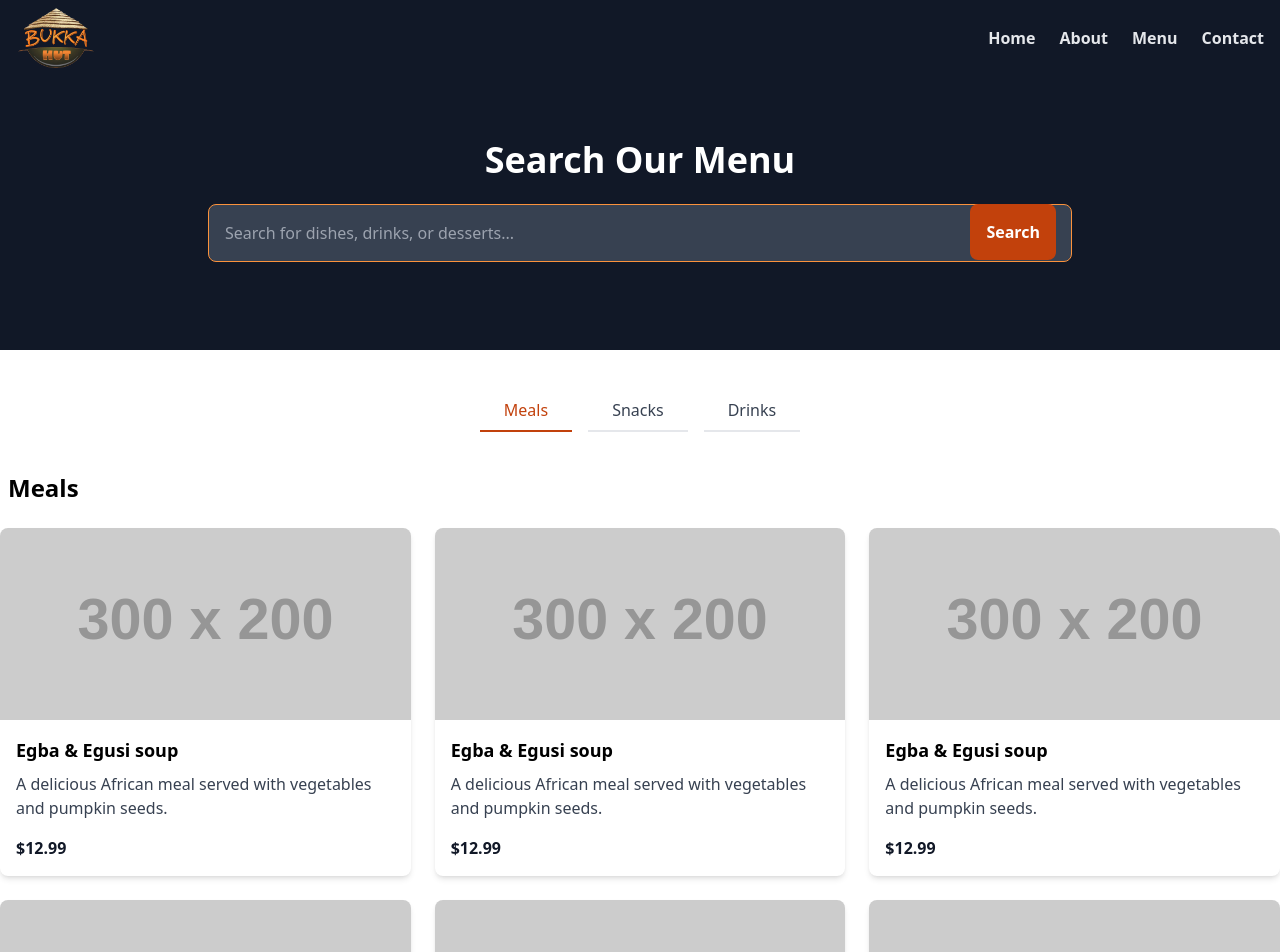
Repository: countaustin1990/BUKKAHUT
Page: Menu.test.html
An editor plug-in stored every save of this project. The page is shown before and after the next save, followed by the edit.
The browser window is 1280 px wide. The pictures show the part of the page from y = 0 to 952 px (the page is 2010 px tall).
A picture or video elsewhere on the page could not be fetched, so the positions and the page height are approximate. Some web libraries are served in a nearby version.

Above is the page before, as saved 2024-08-25 22:46:51.

### Menu.test.html
<!DOCTYPE html>
<html lang="en">

<head>
    <meta name="viewport" content="width=device-width, initial-scale=1.0">
    <meta property="Logo" content="./Logo.png" />

    <title>Bukka Hut</title>
    <link rel="stylesheet" href="style.css" />
    <script src="https://cdn.tailwindcss.com"></script>
    <link rel="stylesheet"
        href="https://cdnjs.cloudflare.com/ajax/libs/font-awesome/6.0.0-beta3/css/all.min.css">
    <style>
        @keyframes scroll {
            0% {
                transform: translateX(0);
            }

            100% {
                transform: translateX(-100%);
            }
        }

        .animate-scroll {
            display: inline-flex;
            animation: scroll 10s linear infinite;
        }
    </style>
</head>

<body class="font-sans antialiased">
    <!-- Back to Top Button -->
    <button id="backToTop"
        class="fixed bottom-8 right-8 text-bold bg-orange-700 text-gray-800 p-4 rounded-full shadow-lg hover:bg-orange-600 transition-transform transform hover:scale-110">
        <svg xmlns="http://www.w3.org/2000/svg" class="h-6 w-6 text-gray-200 mx-auto" fill="none" viewBox="0 0 24 24"
            stroke="currentColor" stroke-width="2">
            <path stroke-linecap="round" stroke-linejoin="round" d="M5 10l7-7m0 0l7 7m-7-7v18" />
        </svg>
    </button>

    <!-- Navigation -->
    <nav class="shadow-md bg-gray-900 text-gray-200">
        <div class="container mx-auto px-4 py-2 flex items-center justify-between">
            <a href="#" class="text-2xl font-bold text-blue-600 flex items-center">
                <img src="Logo-r.png" alt="Bukka Hut" width="80">
            </a>
            <div class="hidden md:flex space-x-6">
                <a href="index.html" class="text-gray-200 hover:text-orange-700 font-bold">Home</a>
                <a href="About.html" class="text-gray-200 hover:text-orange-700 font-bold">About</a>
                <a href="Menu.html" class="text-gray-200 hover:text-orange-700 font-bold">Menu</a>
                <a href="./Contact.main.html" class="text-gray-200 hover:text-orange-700 font-bold">Contact</a>
            </div>
            <button id="menu-button" class="md:hidden text-white focus:outline-none">
                <svg xmlns="http://www.w3.org/2000/svg" fill="none" viewBox="0 0 24 24" stroke="currentColor"
                    class="w-6 h-6">
                    <path stroke-linecap="round" stroke-linejoin="round" stroke-width="2"
                        d="M4 6h16M4 12h16M4 18h16" />
                </svg>
            </button>
        </div>

        <!-- Mobile Menu -->
        <div id="mobile-menu" class="hidden md:hidden bg-gray-900 shadow-md">
            <a href="index.html" class="block px-4 py-2 text-white hover:bg-orange-600">Home</a>
            <a href="About.html" class="block px-4 py-2 text-white hover:bg-orange-600">About</a>
            <a href="Menu.html" class="block px-4 py-2 text-white hover:bg-orange-600">Menu</a>
            <a href="Contact.main.html" class="block px-4 py-2 text-white hover:bg-orange-600">Contact</a>
        </div>
    </nav>

    <!-- Search Bar Section -->
    <section class="py-16 bg-gray-900 text-white">
        <div class="max-w-4xl mx-auto px-4 text-center">
            <h2 class="text-4xl font-bold mb-6">Search Our Menu</h2>
            <div class="relative">
                <input id="searchInput" type="text" placeholder="Search for dishes, drinks, or desserts..."
                    class="w-full p-4 rounded-lg bg-gray-700 border border-orange-400 focus:outline-none focus:ring-2 focus:ring-yellow-500">
                <button id="searchButton"
                    class="absolute right-0 top-0 mr-4 bg-orange-700 hover:bg-orange-600 text-white p-4 rounded-lg font-semibold">
                    Search
                </button>
            </div>
            <ul id="resultsList" class="mt-6 text-left"></ul>
        </div>
    </section>

    <!-- Tabs for Menu Categories -->
    <div class="container mx-auto py-10" id="menuItems">
        <div class="flex justify-center mb-8">
            <button class="tab-btn text-orange-700 border-b-2 px-6 py-2 mx-2 focus:outline-none focus:border-b-4 border-orange-700"
                onclick="showTab('meals')">Meals</button>
            <button class="tab-btn text-gray-700 border-b-2 px-6 py-2 mx-2 focus:outline-none"
                onclick="showTab('snacks')">Snacks</button>
            <button class="tab-btn text-gray-700 border-b-2 px-6 py-2 mx-2 focus:outline-none"
                onclick="showTab('drinks')">Drinks</button>
        </div>

        <!-- Meals Tab -->
        <div id="meals" class="tab-content">
            <h2 class="text-2xl font-bold mb-4 p-2">Meals</h2>
            <div class="grid grid-cols-1 sm:grid-cols-2 lg:grid-cols-3 gap-6">
                <!-- Meal Cards -->
                <div class="bg-white shadow-md rounded-lg overflow-hidden">
                    <img src="https://via.placeholder.com/300x200" alt="Meal" class="w-full h-48 object-cover">
                    <div class="p-4">
                        <h3 class="text-lg font-bold mb-2">Egba & Egusi soup</h3>
                        <p class="text-gray-700">A delicious African meal served with vegetables and pumpkin seeds.</p>
                        <p class="text-gray-900 font-bold mt-4">$12.99</p>
                    </div>
                </div>
                <!-- Meal Cards -->
                <div class="bg-white shadow-md rounded-lg overflow-hidden">
                    <img src="https://via.placeholder.com/300x200" alt="Meal" class="w-full h-48 object-cover">
                    <div class="p-4">
                        <h3 class="text-lg font-bold mb-2">Egba & Egusi soup</h3>
                        <p class="text-gray-700">A delicious African meal served with vegetables and pumpkin seeds.</p>
                        <p class="text-gray-900 font-bold mt-4">$12.99</p>
                    </div>
                </div>
                <!-- Add more meal cards as needed -->
                <!-- Meal Cards -->
                <div class="bg-white shadow-md rounded-lg overflow-hidden">
                    <img src="https://via.placeholder.com/300x200" alt="Meal" class="w-full h-48 object-cover">
                    <div class="p-4">
                        <h3 class="text-lg font-bold mb-2">Egba & Egusi soup</h3>
                        <p class="text-gray-700">A delicious African meal served with vegetables and pumpkin seeds.</p>
                        <p class="text-gray-900 font-bold mt-4">$12.99</p>
                    </div>
                </div>
                <!-- Add more meal cards as needed -->
                <!-- Meal Cards -->
                <div class="bg-white shadow-md rounded-lg overflow-hidden">
                    <img src="https://via.placeholder.com/300x200" alt="Meal" class="w-full h-48 object-cover">
                    <div class="p-4">
                        <h3 class="text-lg font-bold mb-2">Egba & Egusi soup</h3>
                        <p class="text-gray-700">A delicious African meal served with vegetables and pumpkin seeds.</p>
                        <p class="text-gray-900 font-bold mt-4">$12.99</p>
                    </div>
                </div>
                <!-- Add more meal cards as needed -->
                <!-- Meal Cards -->
                <div class="bg-white shadow-md rounded-lg overflow-hidden">
                    <img src="https://via.placeholder.com/300x200" alt="Meal" class="w-full h-48 object-cover">
                    <div class="p-4">
                        <h3 class="text-lg font-bold mb-2">Egba & Egusi soup</h3>
                        <p class="text-gray-700">A delicious African meal served with vegetables and pumpkin seeds.</p>
                        <p class="text-gray-900 font-bold mt-4">$12.99</p>
                    </div>
                </div>
                <!-- Add more meal cards as needed -->
                <!-- Meal Cards -->
                <div class="bg-white shadow-md rounded-lg overflow-hidden">
                    <img src="https://via.placeholder.com/300x200" alt="Meal" class="w-full h-48 object-cover">
                    <div class="p-4">
                        <h3 class="text-lg font-bold mb-2">Egba & Egusi soup</h3>
                        <p class="text-gray-700">A delicious African meal served with vegetables and pumpkin seeds.</p>
                        <p class="text-gray-900 font-bold mt-4">$12.99</p>
                    </div>
                </div>
                <!-- Add more meal cards as needed -->
                <!-- Meal Cards -->
                <div class="bg-white shadow-md rounded-lg overflow-hidden">
                    <img src="https://via.placeholder.com/300x200" alt="Meal" class="w-full h-48 object-cover">
                    <div class="p-4">
                        <h3 class="text-lg font-bold mb-2">Egba & Egusi soup</h3>
                        <p class="text-gray-700">A delicious African meal served with vegetables and pumpkin seeds.</p>
                        <p class="text-gray-900 font-bold mt-4">$12.99</p>
                    </div>
                </div>
                <!-- Add more meal cards as needed -->
                <!-- Meal Cards -->
                <div class="bg-white shadow-md rounded-lg overflow-hidden">
                    <img src="https://via.placeholder.com/300x200" alt="Meal" class="w-full h-48 object-cover">
                    <div class="p-4">
                        <h3 class="text-lg font-bold mb-2">Egba & Egusi soup</h3>
                        <p class="text-gray-700">A delicious African meal served with vegetables and pumpkin seeds.</p>
                        <p class="text-gray-900 font-bold mt-4">$12.99</p>
                    </div>
                </div>
                <!-- Add more meal cards as needed -->
                <!-- Add more meal cards as needed -->
            </div>
        </div>

        <!-- Snacks Tab (Hidden by default) -->
        <div id="snacks" class="tab-content hidden">
            <h2 class="text-2xl font-bold mb-4 p-2">Snacks</h2>
            <div class="grid grid-cols-1 sm:grid-cols-2 lg:grid-cols-3 gap-6">
                <!-- Snack Cards -->
                <div class="bg-white shadow-md rounded-lg overflow-hidden">
                    <img src="https://via.placeholder.com/300x200" alt="Snack" class="w-full h-48 object-cover">
                    <div class="p-4">
                        <h3 class="text-lg font-bold mb-2">Puff Puff</h3>
                        <p class="text-gray-700">A popular West African snack.</p>
                        <p class="text-gray-900 font-bold mt-4">$4.99</p>
                    </div>
                </div>
                <!-- Add more snack cards as needed -->
            </div>
        </div>

        <!-- Drinks Tab (Hidden by default) -->
        <div id="drinks" class="tab-content hidden">
            <h2 class="text-2xl font-bold mb-4 p-2">Drinks</h2>
            <div class="grid grid-cols-1 sm:grid-cols-2 lg:grid-cols-3 gap-6">
                <!-- Drink Cards -->
                <div class="bg-white shadow-md rounded-lg overflow-hidden">
                    <img src="https://via.placeholder.com/300x200" alt="Drink" class="w-full h-48 object-cover">
                    <div class="p-4">
                        <h3 class="text-lg font-bold mb-2">Chapman</h3>
                        <p class="text-gray-700">A refreshing non-alcoholic Nigerian cocktail.</p>
                        <p class="text-gray-900 font-bold mt-4">$5.99</p>
                    </div>
                </div>
                <!-- Add more drink cards as needed -->
            </div>
        </div>
    </div>

    <!-- Menu Scroll Section -->
    <section class="flex justify-center items-center p-5 container mx-auto rounded-lg">
        <div class="overflow-x-auto whitespace-nowrap py-4 px-6 bg-orange-200 mt-5 container mx-auto">
            <h2 class="text-3xl text-center font-bold mb-6">Our Menu</h2>
            <div class="animate-scroll">
                <img src="burger.jpg" alt="Burger" class="inline-block h-48 mx-4 rounded-lg">
                <img src="fries.jpg" alt="Fries" class="inline-block h-48 mx-4 rounded-lg">
                <img src="salad.jpg" alt="Salad" class="inline-block h-48 mx-4 rounded-lg">
                <!-- Add more images as needed -->
            </div>
        </div>
    </section>

   <script>
    // JavaScript for Tab Functionality
    function showTab(tabName) {
        const tabs = document.querySelectorAll('.tab-content');
        tabs.forEach(tab => tab.classList.add('hidden'));
        document.getElementById(tabName).classList.remove('hidden');
        document.querySelectorAll('.tab-btn').forEach(button => button.classList.remove('border-orange-700', 'text-orange-700'));
        document.querySelector(`[onclick="showTab('${tabName}')"]`).classList.add('border-orange-700', 'text-orange-700');
    }

    // Mobile Menu Toggle
    document.getElementById('menu-button').addEventListener('click', function () {
        document.getElementById('mobile-menu').classList.toggle('hidden');
    });

    // Back to Top Button
    const backToTopButton = document.getElementById('backToTop');
    window.addEventListener('scroll', () => {
        if (window.scrollY > 300) {
            backToTopButton.classList.remove('hidden');
        } else {
            backToTopButton.classList.add('hidden');
        }
    });

    backToTopButton.addEventListener('click', () => {
        window.scrollTo({ top: 0, behavior: 'smooth' });
    });

    // Search Functionality
    document.getElementById('searchButton').addEventListener('click', function () {
        const searchQuery = document.getElementById('searchInput').value.toLowerCase();
        const resultsList = document.getElementById('resultsList');
        resultsList.innerHTML = '';

        // Mock data categorized by tabs
        const menuItems = {
            meals: ['Egba & Egusi soup'],
            snacks: ['Puff Puff'],
            drinks: ['Chapman']
        };

        let foundItem = false;

        Object.keys(menuItems).forEach(tabName => {
            menuItems[tabName].forEach(item => {
                if (item.toLowerCase().includes(searchQuery)) {
                    foundItem = true;
                    // Display the corresponding tab
                    showTab(tabName);

                    // Find the relevant item in the tab and highlight it
                    const tabContent = document.getElementById(tabName);
                    const itemElements = tabContent.querySelectorAll('h3');
                    itemElements.forEach(el => {
                        if (el.textContent.toLowerCase().includes(searchQuery)) {
                            el.scrollIntoView({ behavior: 'smooth', block: 'center' });
                            el.classList.add('bg-yellow-300'); // Highlighting the item
                            setTimeout(() => {
                                el.classList.remove('bg-yellow-300');
                            }, 2000);
                        }
                    });
                }
            });
        });

        // If no item is found, show a message
        if (!foundItem) {
            resultsList.innerHTML = '<li class="text-red-500">No items found matching your search.</li>';
        }
    });
</script>

</body>

</html>

### style.css
/*CSS*/

#backToTop {
  z-index: 1000;
}

#home {
    height: 80svh;
}

#about {
    height: 40svh;
    margin-bottom: 150px;
}
.vote {
    margin-top: 20px;
}

After the next save:
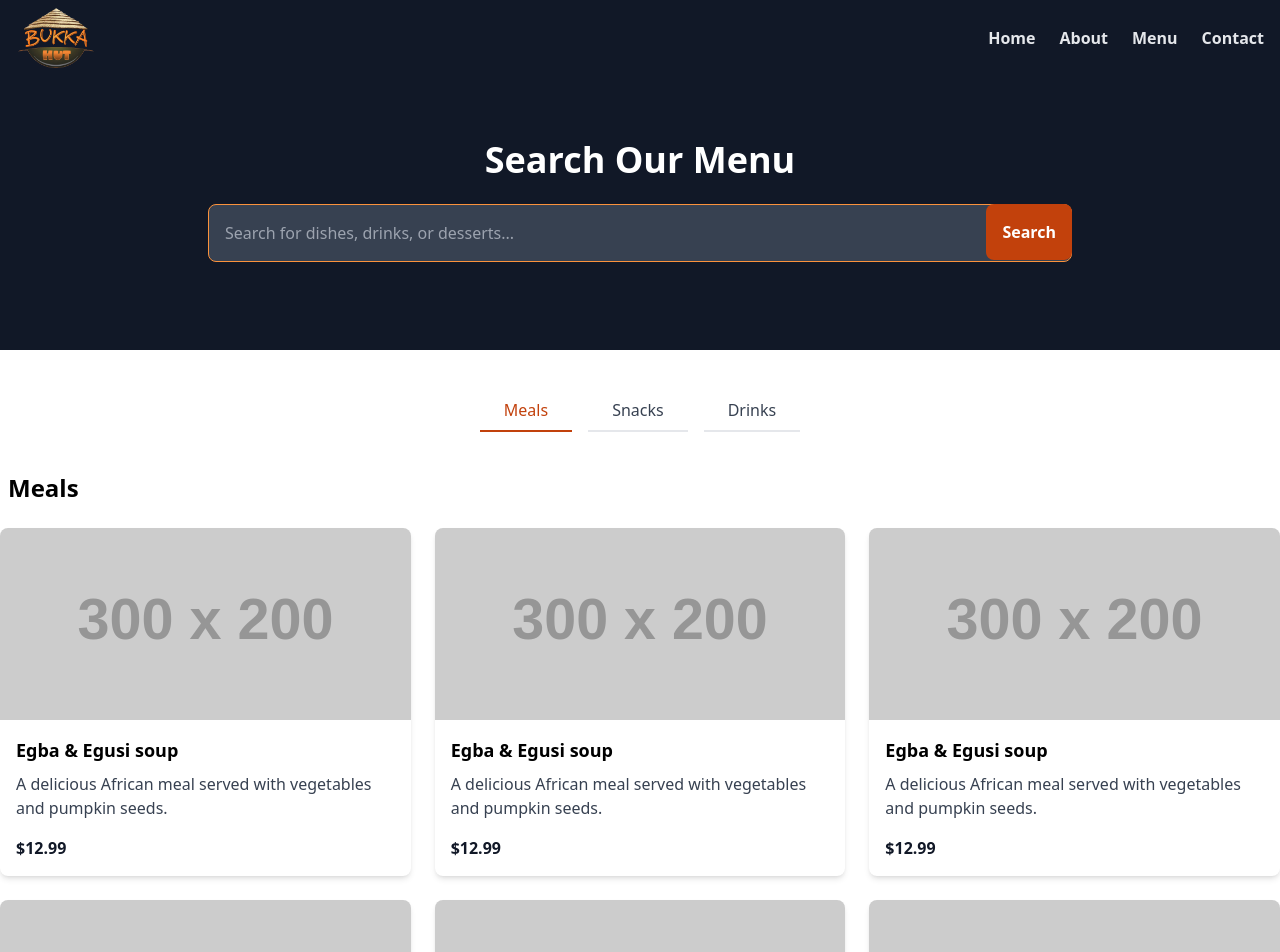
Saved 18 s later.
--- a/Menu.test.html
+++ b/Menu.test.html
@@ -76,7 +76,7 @@
                 <input id="searchInput" type="text" placeholder="Search for dishes, drinks, or desserts..."
                     class="w-full p-4 rounded-lg bg-gray-700 border border-orange-400 focus:outline-none focus:ring-2 focus:ring-yellow-500">
                 <button id="searchButton"
-                    class="absolute right-0 top-0 mr-4 bg-orange-700 hover:bg-orange-600 text-white p-4 rounded-lg font-semibold">
+                    class="absolute right-0 top-0  bg-orange-700 hover:bg-orange-600 text-white p-4 rounded-lg font-semibold">
                     Search
                 </button>
             </div>
